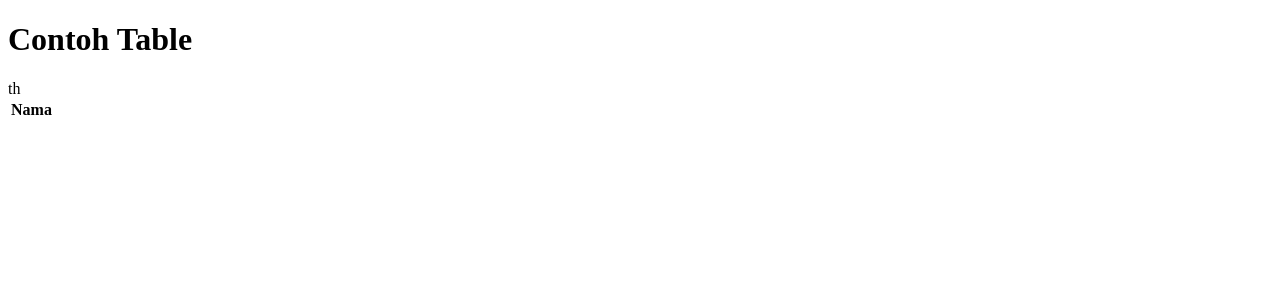
Repository: esramrsln/day2_RevoU
Page: table.html
The author's editor kept a copy of each file at every save. The page is drawn from the files as they stood at one save, then again after a run of saves.
The browser window is 1280 px wide. The pictures show the whole page.

Above is the page before, as saved 2024-07-23 19:37:46.

After the next 5 saves:
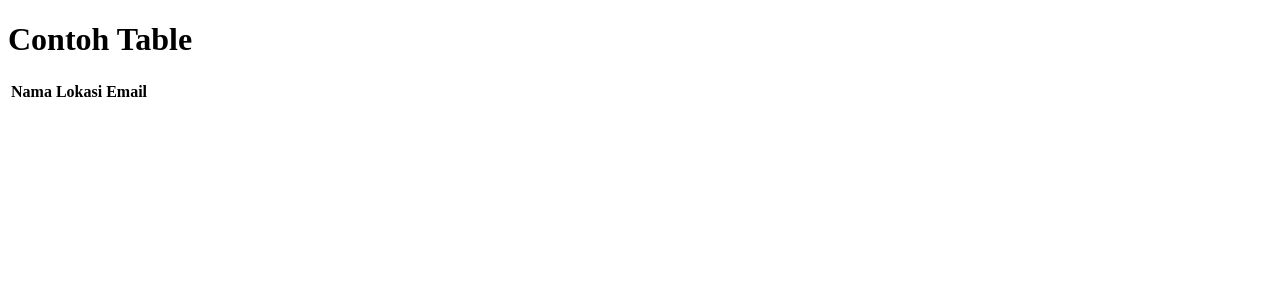
The 5 saves are shown as one change because they came seconds apart.
The last was saved 13 s later.
--- a/table.html
+++ b/table.html
@@ -9,7 +9,9 @@
     <table>
         <tr>
             <th>Nama</th>
-            th
+            <th>Lokasi</th>
+            <th>Email</th>
+
         </tr>
     </table>
 </body>
